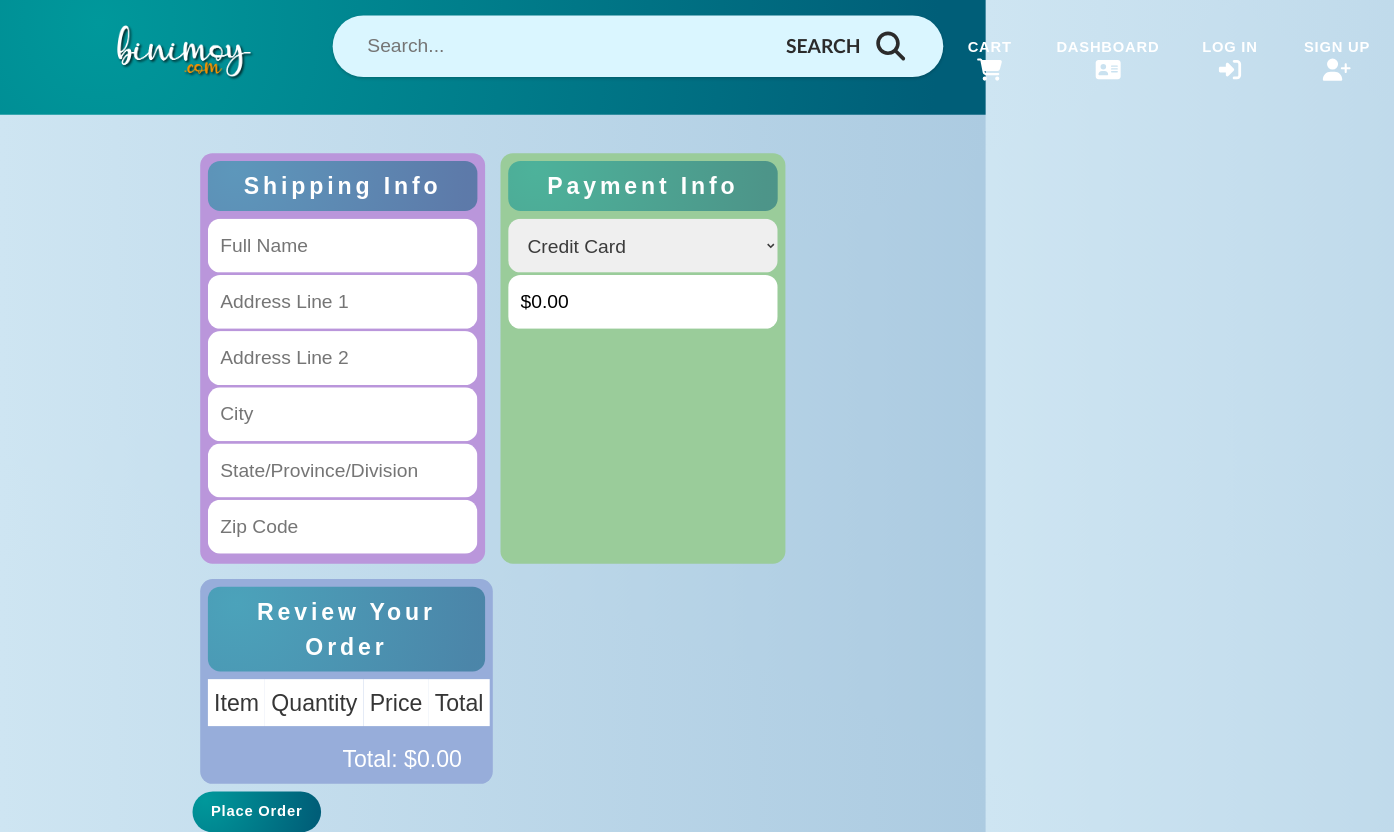
Repository: Shadman2024/2_1_DatabaseProject
Page: /checkout (app in frontend/)
The author's editor kept a copy of each file at every save. The page is drawn from the files as they stood at one save, then again after the next save.
The browser window is 1280 px wide. The page is 1811 px wide, so the pictures cover 1811 px, including what lies to the right of the window. The pictures show the whole page, at 77% of full size.
Some web libraries are served in a nearby version. The project was rebuilt for these pictures with package versions that can differ from the ones it lists, and the page was loaded fresh each time. Also part of the build but not shown: frontend/src/App.css, frontend/src/signUp/signup.js, frontend/src/logIn/login.js, frontend/src/Home/home.module.css, frontend/src/Home/hero.js, frontend/src/Home/hero2.js, frontend/src/Home/hero3.js, frontend/src/Home/smallcategory.module.css and 31 more.

Above is the page before, as saved 2024-03-08 16:41:37.

### frontend/public/index.html
<!DOCTYPE html>
<html lang="en">

<head>
  <meta charset="utf-8" />
  <link rel="icon" href="%PUBLIC_URL%/favicon.ico" />
  <meta name="viewport" content="width=device-width, initial-scale=1" />
  <meta name="theme-color" content="#000000" />
  <meta name="description" content="Web site created using create-react-app" />
  <link rel="apple-touch-icon" href="%PUBLIC_URL%/logo192.png" />
  <!--
      manifest.json provides metadata used when your web app is installed on a
      user's mobile device or desktop. See https://developers.google.com/web/fundamentals/web-app-manifest/
    -->
  <link rel="manifest" href="%PUBLIC_URL%/manifest.json" />
  <link href="https://cdn.jsdelivr.net/npm/bootstrap@5.0.2/dist/css/bootstrap.min.css" rel="stylesheet"
    integrity="sha384-EVSTQN3/azprG1Anm3QDgpJLIm9Nao0Yz1ztcQTwFspd3yD65VohhpuuCOmLASjC" crossorigin="anonymous">
  <!--
      Notice the use of %PUBLIC_URL% in the tags above.
      It will be replaced with the URL of the `public` folder during the build.
      Only files inside the `public` folder can be referenced from the HTML.

      Unlike "/favicon.ico" or "favicon.ico", "%PUBLIC_URL%/favicon.ico" will
      work correctly both with client-side routing and a non-root public URL.
      Learn how to configure a non-root public URL by running `npm run build`.
    -->
  <title>React App</title>
</head>

<body style="background: linear-gradient(to right, #cee5f2, #accbe1);
/* Other styles */
margin: 0;
height: 100vh;
color: white;">
<!-- <body style="background: #1B1B1B"> -->


  <noscript>You need to enable JavaScript to run this app.</noscript>
  <div id="root"></div>
  <!--
      This HTML file is a template.
      If you open it directly in the browser, you will see an empty page.

      You can add webfonts, meta tags, or analytics to this file.
      The build step will place the bundled scripts into the <body> tag.

      To begin the development, run `npm start` or `yarn start`.
      To create a production bundle, use `npm run build` or `yarn build`.
    -->
  <script src="https://cdn.jsdelivr.net/npm/bootstrap@5.0.2/dist/js/bootstrap.bundle.min.js"
    integrity="sha384-MrcW6ZMFYlzcLA8Nl+NtUVF0sA7MsXsP1UyJoMp4YLEuNSfAP+JcXn/tWtIaxVXM"
    crossorigin="anonymous"></script>
  <script src="https://cdn.jsdelivr.net/npm/@popperjs/core@2.9.2/dist/umd/popper.min.js"
    integrity="sha384-IQsoLXl5PILFhosVNubq5LC7Qb9DXgDA9i+tQ8Zj3iwWAwPtgFTxbJ8NT4GN1R8p"
    crossorigin="anonymous"></script>
  <script src="https://cdn.jsdelivr.net/npm/bootstrap@5.0.2/dist/js/bootstrap.min.js"
    integrity="sha384-cVKIPhGWiC2Al4u+LWgxfKTRIcfu0JTxR+EQDz/bgldoEyl4H0zUF0QKbrJ0EcQF"
    crossorigin="anonymous"></script>
  <script src="https://code.jquery.com/jquery-3.2.1.slim.min.js"
    integrity="sha384-KJ3o2DKtIkvYIK3UENzmM7KCkRr/rE9/Qpg6aAZGJwFDMVNA/GpGFF93hXpG5KkN"
    crossorigin="anonymous"></script>
  <script src="https://cdnjs.cloudflare.com/ajax/libs/popper.js/1.12.3/umd/popper.min.js"
    integrity="sha384-vFJXuSJphROIrBnz7yo7oB41mKfc8JzQZiCq4NCceLEaO4IHwicKwpJf9c9IpFgh"
    crossorigin="anonymous"></script>
  <script src="https://maxcdn.bootstrapcdn.com/bootstrap/4.0.0-beta.2/js/bootstrap.min.js"
    integrity="sha384-alpBpkh1PFOepccYVYDB4do5UnbKysX5WZXm3XxPqe5iKTfUKjNkCk9SaVuEZflJ"
    crossorigin="anonymous"></script>


</body>

</html>

### frontend/src/index.css
*{
  margin: 0;
  outline: none;
}
body {
  margin: 0;
  font-family: -apple-system, BlinkMacSystemFont, 'Segoe UI', 'Roboto', 'Oxygen',
    'Ubuntu', 'Cantarell', 'Fira Sans', 'Droid Sans', 'Helvetica Neue',
    sans-serif;
  -webkit-font-smoothing: antialiased;
  -moz-osx-font-smoothing: grayscale;
}

code {
  font-family: source-code-pro, Menlo, Monaco, Consolas, 'Courier New',
    monospace;
}
html {
  scroll-behavior: smooth;
  position: relative;
  min-height: 100%;
  overflow-x: hidden;
}

### frontend/src/checkout/checkout.js
import React, { Fragment, useState, useEffect, useLayoutEffect } from 'react';
import { useLocation, useNavigate } from 'react-router-dom';
import styles from './checkout.module.css';

const Checkout = ({ setAuth }) => {
    const navigate = useNavigate();
    const location = useLocation();
    const { cartItems } = location.state || { cartItems: [] };

    // States for form inputs
    const [fullName, setFullName] = useState('');
    const [addressLine1, setAddressLine1] = useState('');
    const [addressLine2, setAddressLine2] = useState('');
    const [city, setCity] = useState('');
    const [division, setDivision] = useState('');
    const [zipCode, setZipCode] = useState('');
    const [paymentMethod, setPaymentMethod] = useState('creditCard');
    const [amount, setAmount] = useState('');
    const [cardHolderName, setCardHolderName] = useState('');
    const [cardNumber, setCardNumber] = useState('');
    const [expiryMonth, setExpiryMonth] = useState('');
    const [expiryYear, setExpiryYear] = useState('');
    const [cvv, setCvv] = useState('');

    const handleSubmit = async (e) => {
        e.preventDefault();
        // Calculate the total amount based on cart items
        const totalAmount = cartItems.reduce((acc, item) => acc + (item.price * item.quantity), 0);

        // Prepare the data to send
        const orderData = {
            // Assuming you have the user's ID stored somewhere, e.g., in the state, local storage, or context
            total_price: totalAmount,
            cartItems: cartItems,
            shippingInfo: {
                addressLine1: addressLine1,
                addressLine2: addressLine2,
                city: city,
                division: division,
                zipCode: zipCode,
                shippingDate: new Date().toISOString(), // Or any date you choose
            },
            paymentInfo: {
                amount: totalAmount,
                paymentMethod: paymentMethod,
            },
            cardInfo: paymentMethod === 'Credit Card' ? {
                cardHolderName: cardHolderName,
                cardNumber: cardNumber,
                expiryMonth: expiryMonth,
                expiryYear: expiryYear,
                cvv: cvv,
            } : null
        };
        console.log(orderData);

        try {
            const response = await fetch('http://localhost:5000/cart/complete-order', {
                method: 'POST',
                headers: {
                    'Content-Type': 'application/json',
                    token: localStorage.token,
                },
                body: JSON.stringify(orderData)
            });

            console.log(response);
            if (response.ok) {
                const result = await response.json();
                console.log(result); // Process the response from the server
                navigate('/order-confirmation', { state: { orderId: result.orderId } }); // Redirect to a confirmation page
            } else {
                throw new Error('Failed to place the order');
            }
        } catch (error) {
            console.error('Error placing the order:', error);
        }
    };

    useEffect(() => {
        setAmount(calculateTotalAmount());
    }, [cartItems]);
    const calculateTotalAmount = () => {
        return cartItems.reduce((total, item) => total + item.price * item.quantity, 0).toFixed(2);
    };
    return (
        <div className={styles.container}>

            <div className={styles.container2}>
                <div className={styles.shipping}>
                    <div className={styles.title}>Shipping Info</div>
                    <form onSubmit={handleSubmit} className={styles.checkoutForm}>
                        <input type="text" placeholder="Full Name" value={fullName} onChange={(e) => setFullName(e.target.value)} required />
                        <input type="text" placeholder="Address Line 1" value={addressLine1} onChange={(e) => setAddressLine1(e.target.value)} required />
                        <input type="text" placeholder="Address Line 2" value={addressLine2} onChange={(e) => setAddressLine2(e.target.value)} />
                        <input type="text" placeholder="City" value={city} onChange={(e) => setCity(e.target.value)} required />
                        <input type="text" placeholder="State/Province/Division" value={division} onChange={(e) => setDivision(e.target.value)} required />
                        <input type="text" placeholder="Zip Code" value={zipCode} onChange={(e) => setZipCode(e.target.value)} required />
                    </form>
                </div>
                <div className={styles.payment}>
                    <div className={styles.title}>Payment Info</div>
                    <form onSubmit={handleSubmit} className={styles.checkoutForm}>
                        <div className={styles.formGroup}>
                            <select id="paymentMethod" value={paymentMethod} onChange={(e) => setPaymentMethod(e.target.value)} required>
                                <option value="Credit Card">Credit Card</option>
                                <option value="PayPal">PayPal</option>
                                <option value="Cash on Delivery">Cash on Delivery</option>
                            </select>
                        </div>
                        {paymentMethod === 'Credit Card' && (
                            <>
                                <input type="text" placeholder="Card Holder Name" value={cardHolderName} onChange={(e) => setCardHolderName(e.target.value)} required />
                                <input type="text" placeholder="Card Number" maxLength="16" value={cardNumber} onChange={(e) => setCardNumber(e.target.value)} required />
                                <input type="text" placeholder="Expiry Month (MM)" maxLength="2" value={expiryMonth} onChange={(e) => setExpiryMonth(e.target.value)} required />
                                <input type="text" placeholder="Expiry Year (YYYY)" maxLength="4" value={expiryYear} onChange={(e) => setExpiryYear(e.target.value)} required />
                                <input type="text" placeholder="CVV" maxLength="3" value={cvv} onChange={(e) => setCvv(e.target.value)} required />
                            </>
                        )}
                        <div className={styles.formGroup}>
                            <input type="text" id="amount" value={`$${amount}`} readOnly />
                        </div>
                    </form>
                </div>
            </div>
            <div className={styles.container1}>
                <div className={styles.cartReview}>
                    <div className={styles.title}>Review Your Order</div>
                    <div>
                        <table className={styles.reviewTable}>
                            <thead>
                                <tr>
                                    <th>Item</th>
                                    <th>Quantity</th>
                                    <th>Price</th>
                                    <th>Total</th>
                                </tr>
                            </thead>
                            <tbody>
                                {cartItems.map((item, index) => (
                                    <tr key={index}>
                                        <td>{item.name}</td>
                                        <td>{item.quantity}</td>
                                        <td>${item.price.toFixed(2)}</td>
                                        <td>${(item.quantity * item.price).toFixed(2)}</td>
                                    </tr>
                                ))}
                            </tbody>
                        </table>
                    </div>
                    <div className={styles.totalAmount}>Total: ${amount}</div>
                </div>
            </div>
<button type="submit"  className={styles.animated_button}>Place Order</button>
        </div>
    );
};

export default Checkout;

### frontend/src/logIn/login.module.css


.login_box {
  position: absolute;
  top: 50%;
  left: 50%;
  width: 400px;
  padding: 40px;
  margin: 20px auto;
  transform: translate(-50%, -55%);
  background-image: radial-gradient( circle farthest-corner at 10% 20%,  rgba(0,152,155,1) 0.1%, rgba(0,94,120,1) 94.2% );
  box-sizing: border-box;
  box-shadow: 0 15px 25px rgba(0, 0, 0, .6);
  border-radius: 10px;
  color: #ffffff;
  font-size: large;
  /* padding-left: 100px;
  padding-right: 100px; */
}

.login_box .user_box {
  position: relative;
}

.login_box .user_box input {
  width: 100%;
  padding: 10px 0;
  font-size: 16px;
  color: #fffdfd;
  margin-bottom: 30px;
  border: none;
  /* background-color: #0F1F2A; */
  border-bottom: 1px solid #ffffff;
  outline: none;
  background: transparent;
  font-size: larger;
  /* font-weight: bolder; */
}

.login_box .user_box label {
  position: absolute;
  top: -20px;
  left: 0;
  padding: 10px 0;
  font-size: 20px;
  color: #ffffff;
  /* background-color: #2E5D7F; */
  pointer-events: none;
  transition: .5s;
  font-size: large;
  /* padding: 0px;
  padding-left: 20%;
  padding-right: 20%; */
  font-weight: bold;
}

.login_box .user_box input:focus~label,
.login_box .user_box input:valid~label {
  /* top: -20px; */
  left: 0;
  color: #ffffff;
  font-size: 20px;
  /* background-color: #242424; */
  padding: 0px;
  padding-left: 10px;
  padding-right: 10px;
  font-weight: bolder;
}


.login_box p:first-child {
  margin: 0 0 30px;
  padding: 0;
  color: #ffffff;
  text-align: center;
  font-size: 1.5rem;
  font-weight: bold;
  letter-spacing: 1px;
  padding-bottom: 30px;
}




.animated_button {
  position: relative;
  display: inline-block;
  padding: 12px 24px;
  border: none;
  font-size: 16px;
  background-color: inherit;
  border-radius: 100px;
  font-weight: 600;
  color: #ffffff;
  box-shadow: 0 0 0 2px #ffffff00;
  cursor: pointer;
  overflow: hidden;
  transition: all 0.6s cubic-bezier(0.23, 1, 0.320, 1);
  text-align: center;
  font-size: 1.2rem;
  /* font-weight: bold; */
  letter-spacing: 1px;
  /* padding-bottom: 30px; */
}

.animated_button span:last-child {
  position: absolute;
  top: 50%;
  left: 50%;
  transform: translate(-50%, -50%);
  width: 20px;
  height: 20px;
  background-color: #fff;
  /* color: #000; */
  border-radius: 50%;
  opacity: 0;
  transition: all 0.8s cubic-bezier(0.23, 1, 0.320, 1);
}

.animated_button span:first-child {
  position: relative;
  z-index: 1;
}

.animated_button:hover {
  box-shadow: 0 0 0 3px #ffffff;
  color: #2F0332;
}

.animated_button:active {
  scale: 0.95;
}

.animated_button:hover span:last-child {
  width: 150px;
  height: 150px;
  opacity: 1;
}

input {
  color: white;
  background-color: black;
}

::-ms-reveal {
  filter: invert(100%);
}

### frontend/src/orders/orders.module.css
/* orders.module.css */
.orders_container {
  padding: 20px;
  /* background: #f5f5f5; */
  border-radius: 8px;
  /* box-shadow: 0 2px 4px rgba(0,0,0,0.1); */
  margin-left: 250px;
  margin-right: 250px;
  margin-left: 250px;
  margin-top: 40px;
  margin-right: 250px;
  padding: 20px;
  /* background-color: #f9f9f9; */
  border-radius: 8px;
  box-shadow: 0 2px 4px rgba(0,0,0,0.3);
  background-color: #97adda;
}

.title {
  font-size: 30px;;
  color: rgb(255, 255, 255);
  font-weight: bolder;
  background-image: radial-gradient( circle farthest-corner at 10% 20%,  rgba(0,152,155,50%) 0.1%, rgba(0,94,120,50%) 94.2% );
  margin-top: 0px;
  /* background-color: #ba96db; */
  letter-spacing: 5px;
  margin-bottom: 0px;
  padding-bottom: 0px;
  border-radius: 0.5rem;
  padding: 10px;
  text-align: center;
  border-radius: 1rem 1rem 1rem 1rem;
  margin-bottom: 10px;
}

.order {
  /* background: #ffffff; */
  padding: 15px;
  margin-bottom: 20px;
  /* border-radius: 8px; */
  /* box-shadow: 0 1px 3px rgba(0,0,0,0.12), 0 1px 2px rgba(0,0,0,0.24); */
  font-size: 20px;
  border-radius: 1rem 1rem 1rem 1rem;
  background-color: white;
}

.order h3 {
  color: #0275d8;
  font-size: 20px;
  margin-top: 0;
  margin-bottom: 10px;
}

.order p {
  color: #313131;
  margin: 5px 0;
}

ul {
  list-style-type: none;
  padding: 0;
}

li {
  margin: 5px 0;
  color: #363636;
}

strong {
  color: #333;
}

/* Specific styles for shipping and payment sections */
.order > div {
  margin-top: 10px;
  padding-top: 10px;
  border-top: 1px solid #eee;
}

/* Adjust the below properties as per your UI requirements */
.orders_table {
  width: 100%;
  border-collapse: collapse;
}

.orders_table th, .orders_table td {
  text-align: left;
  padding: 8px;
  border-bottom: 1px solid #ddd;
}

.orders_table th {
  background-color: #f9f9f9;
}
.orders_table {
  width: 100%;
  margin-top: 10px;
  border-collapse: collapse;
}

.orders_table th, .orders_table td {
  text-align: left;
  padding: 8px;
  border-bottom: 1px solid #ddd;
}

.orders_table th {
  background-color: teal;
  /* color: #313131; */
}
.orders_table td {
  background-color: #e0e0e0;
  color: #313131;
}

Loaded but not shown: frontend/src/NavBar/nav.js (82 lines, source omitted); frontend/src/App.js (81 lines, source omitted); frontend/src/index.js (10 lines, source omitted); frontend/src/seach/search.module.css (299 lines, source omitted); frontend/src/NavBar/nav.module.css (307 lines, source omitted); frontend/src/checkout/checkout.module.css (215 lines, source omitted); frontend/src/Home/hero2.module.css (153 lines, source omitted); frontend/src/Home/hero3.module.css (153 lines, source omitted); frontend/src/dashboard/dashboard.module.css (163 lines, source omitted); frontend/src/signUp/signup.module.css (152 lines, source omitted); frontend/src/Home/hero.module.css (153 lines, source omitted); frontend/src/admin/admin.module.css (no stored copy; drawn as an empty file)

After the next save:
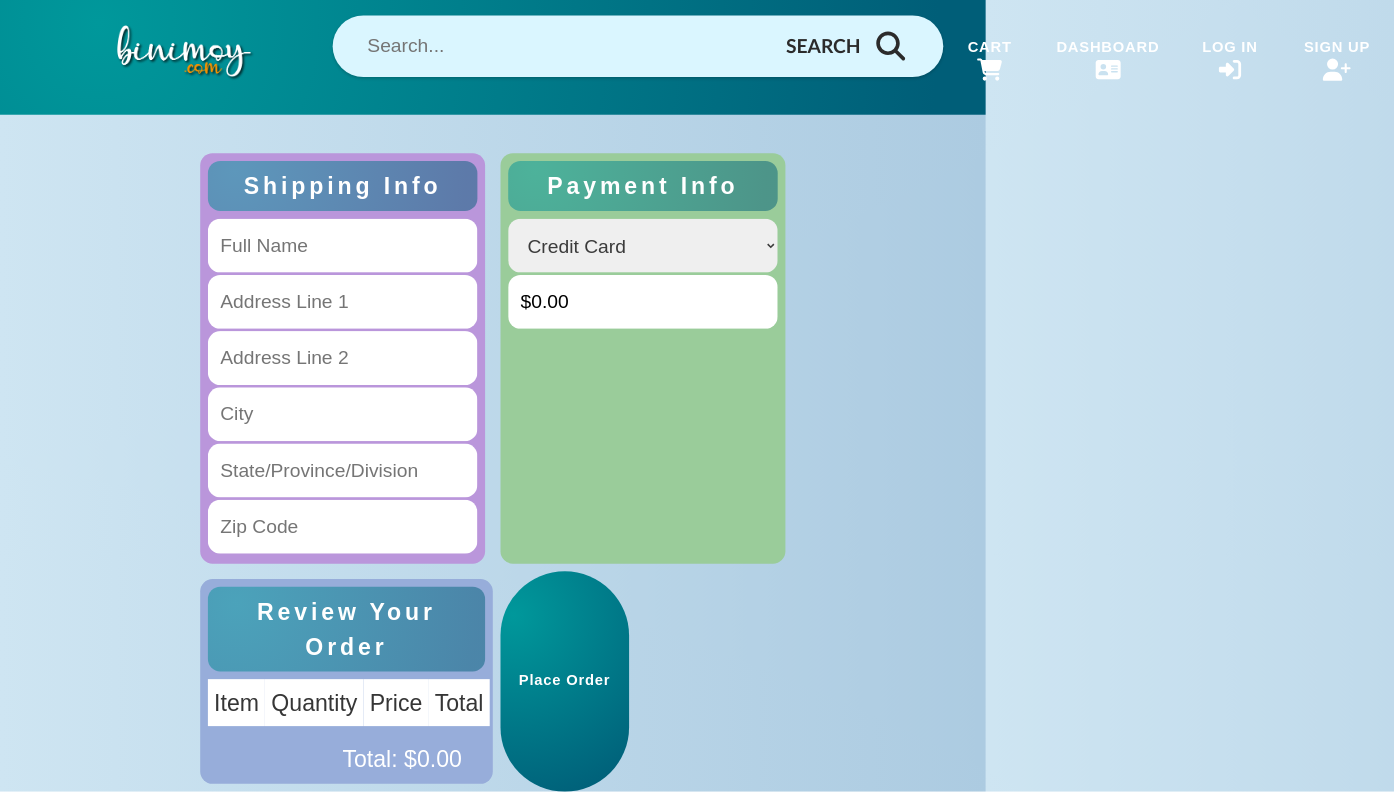
Saved 62 s later.
--- a/frontend/src/checkout/checkout.js
+++ b/frontend/src/checkout/checkout.js
@@ -85,7 +85,6 @@
     };
     return (
         <div className={styles.container}>
-
             <div className={styles.container2}>
                 <div className={styles.shipping}>
                     <div className={styles.title}>Shipping Info</div>
@@ -150,8 +149,8 @@
                     </div>
                     <div className={styles.totalAmount}>Total: ${amount}</div>
                 </div>
+            <button type="submit" className={styles.animated_button}>Place Order</button>
             </div>
-<button type="submit"  className={styles.animated_button}>Place Order</button>
         </div>
     );
 };

After the save that followed:
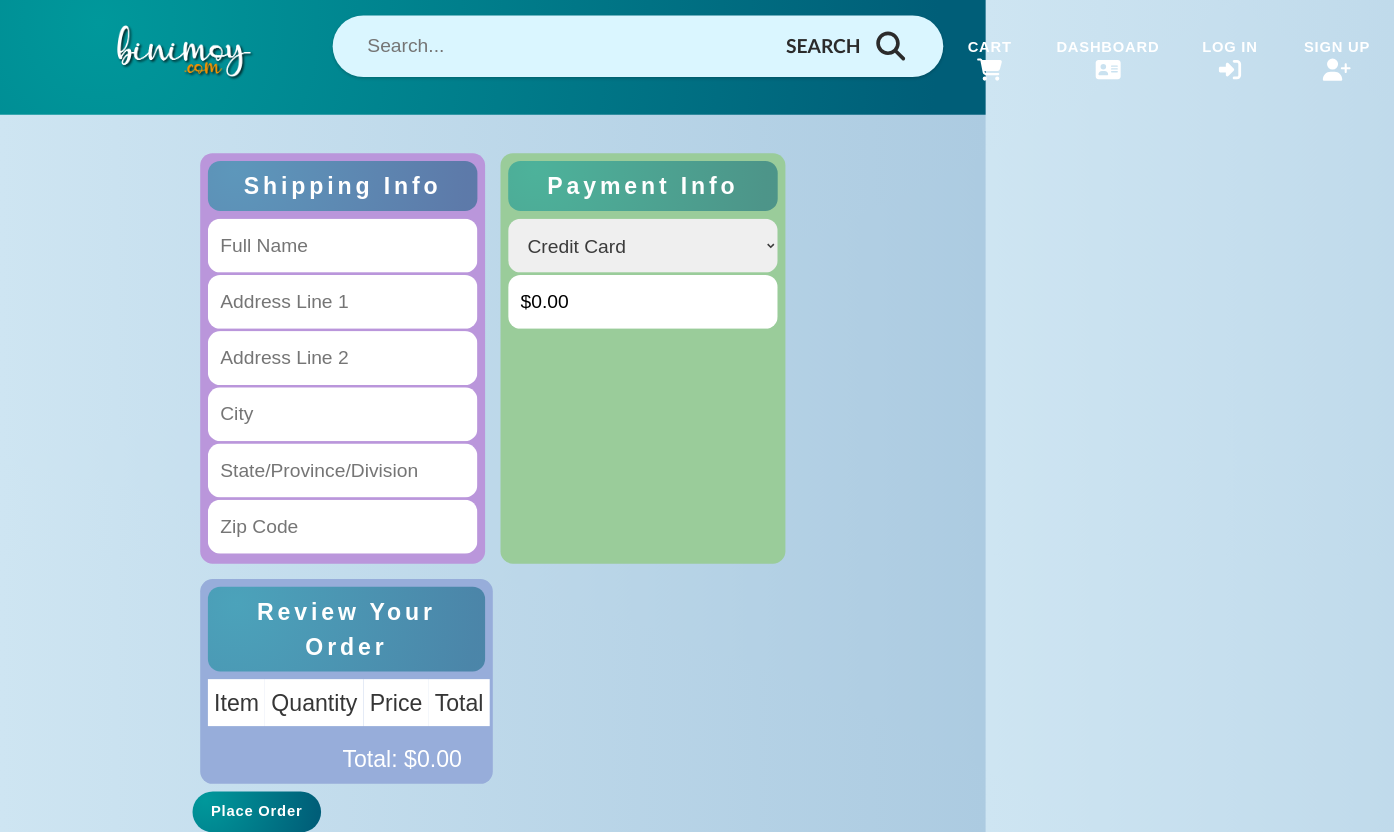
Saved 7 s later.
--- a/frontend/src/checkout/checkout.js
+++ b/frontend/src/checkout/checkout.js
@@ -149,8 +149,8 @@
                     </div>
                     <div className={styles.totalAmount}>Total: ${amount}</div>
                 </div>
+            </div>
             <button type="submit" className={styles.animated_button}>Place Order</button>
-            </div>
         </div>
     );
 };
